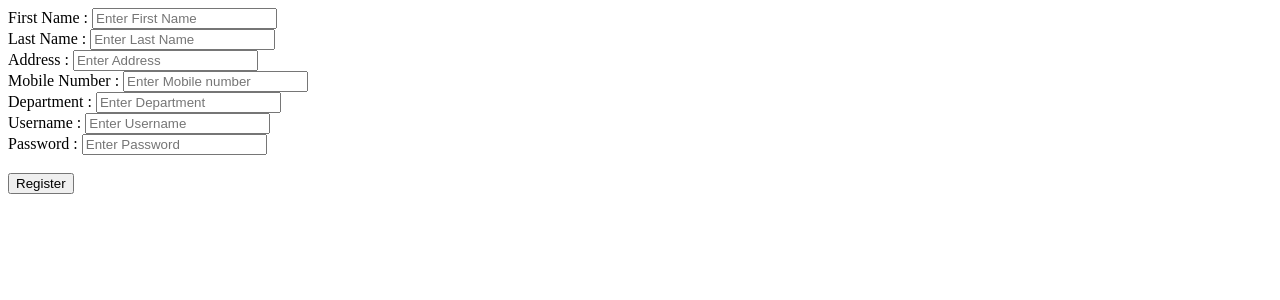
Repository: priyankamergu/MyAllProjects
Page: http://localhost/NewTrainingServlet/Registration.jsp
The author's editor kept a copy of each file at every save. The page is drawn from the files as they stood at one save, then again after the next save.
The browser window is 1280 px wide. The pictures show the whole page.
The page is served by Tomcat 9.

Above is the page before, as saved 2019-11-09 19:42:39.

After the next save:
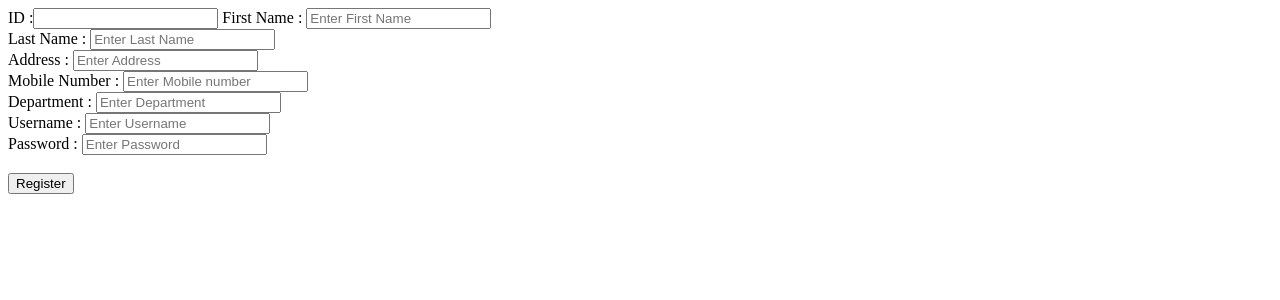
Saved 11 min 37 s later.
--- a/Workspace_JEE7_WEB/NewTrainingServlet/WebContent/Registration.jsp
+++ b/Workspace_JEE7_WEB/NewTrainingServlet/WebContent/Registration.jsp
@@ -8,6 +8,7 @@
 </head>
 <body>
 <form action="RegistrationServlet">
+ID :<input type="text">
 First Name    : <input type="text" placeholder="Enter First Name" name="fname" required="required"><br>
 Last Name     : <input type="text"  placeholder="Enter Last Name" name="lname" required="required"><br>
 Address       : <input type="text" placeholder="Enter Address" name="add" required="required"><br>
